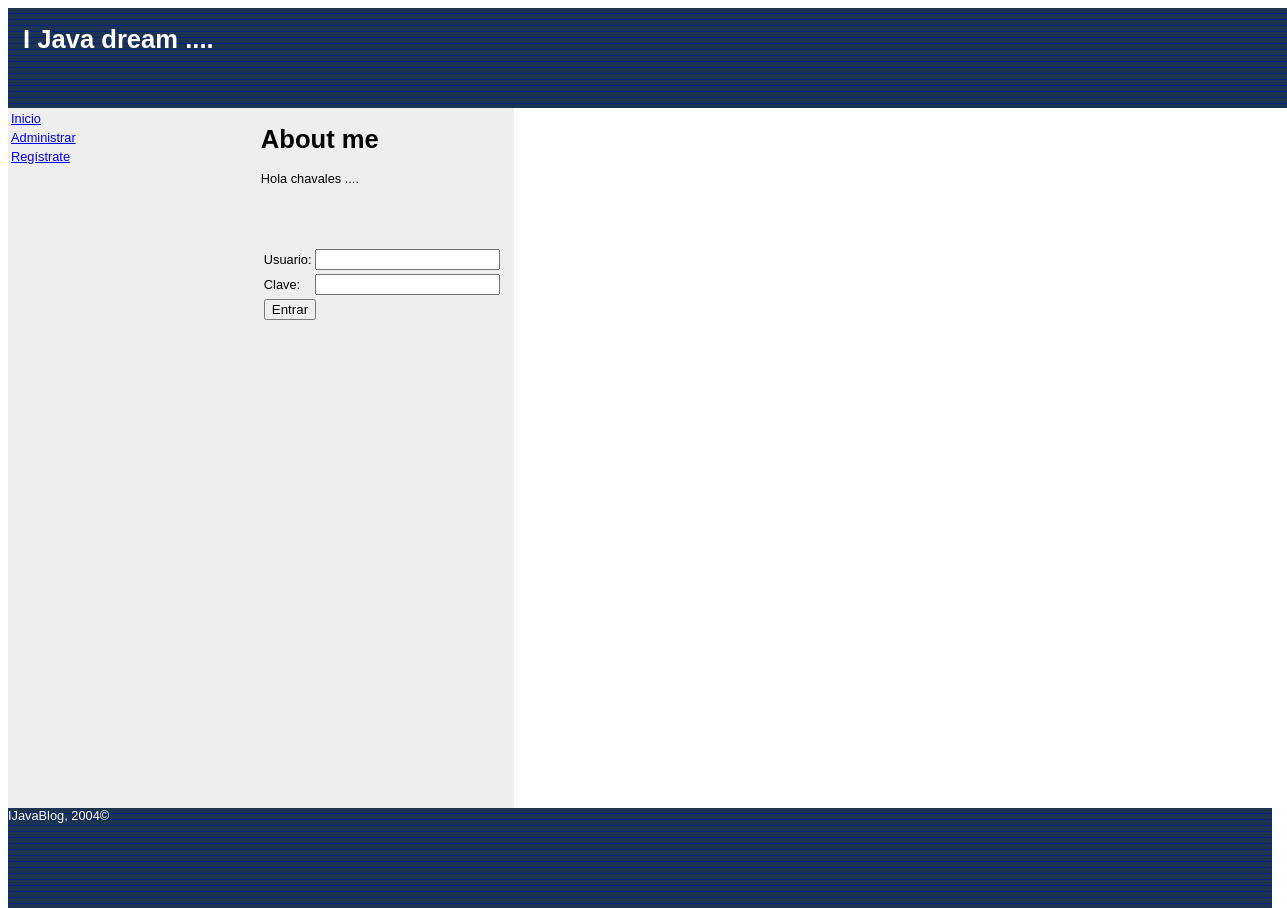
Repository: alruis/IJavaDreamBlog
Page: http://localhost/IJavaBlog/jsp/blog/index.jsp
An editor plug-in stored every save of this project. The page is shown before and after the next save, followed by the edit.
The browser window is 1280 px wide. The page is 1287 px wide, so the pictures cover 1287 px, including what lies to the right of the window. The pictures show the whole page.
The page is served by Tomcat 9. Nobody is signed in. The application's start-up code is not run. The template is opened directly, without the code that normally fills it, so the values that code supplies are empty.

Above is the page before, as saved 2014-09-26 14:10:55.

After the next save:
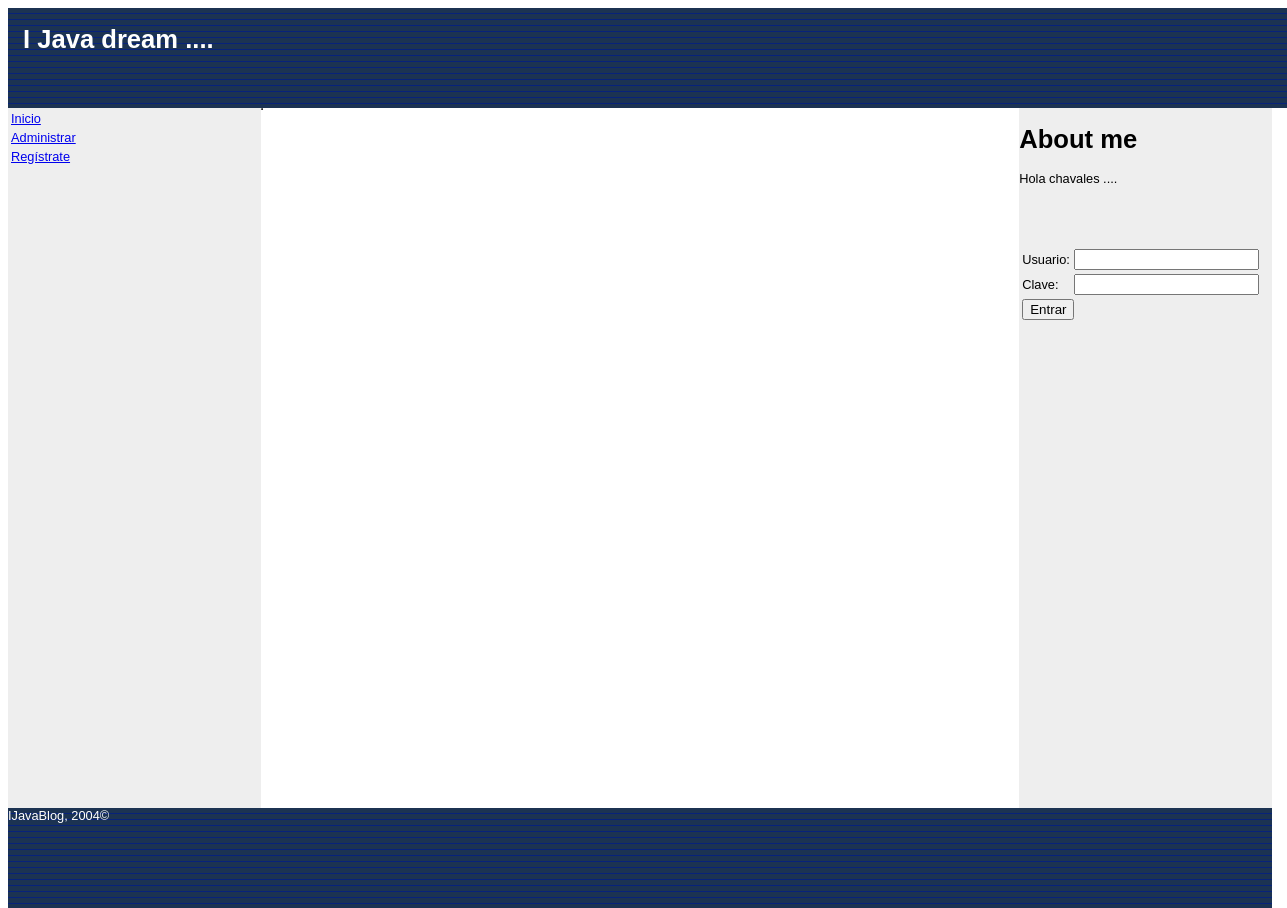
Saved 11 s later.
--- a/IJavaBlog/WebContent/jsp/blog/index.jsp
+++ b/IJavaBlog/WebContent/jsp/blog/index.jsp
@@ -29,7 +29,7 @@
 		</div>
 
 	<div id="articulos" >
-		<table id="tablaEntradas" border="0">
+		<table id="tablaEntradas" border="1">
 				<tbody id="tbodyEntradas" >
 					<%
 					// Obteniendo personas que son enviadas desde el Controlador

After the 2 saves that followed:
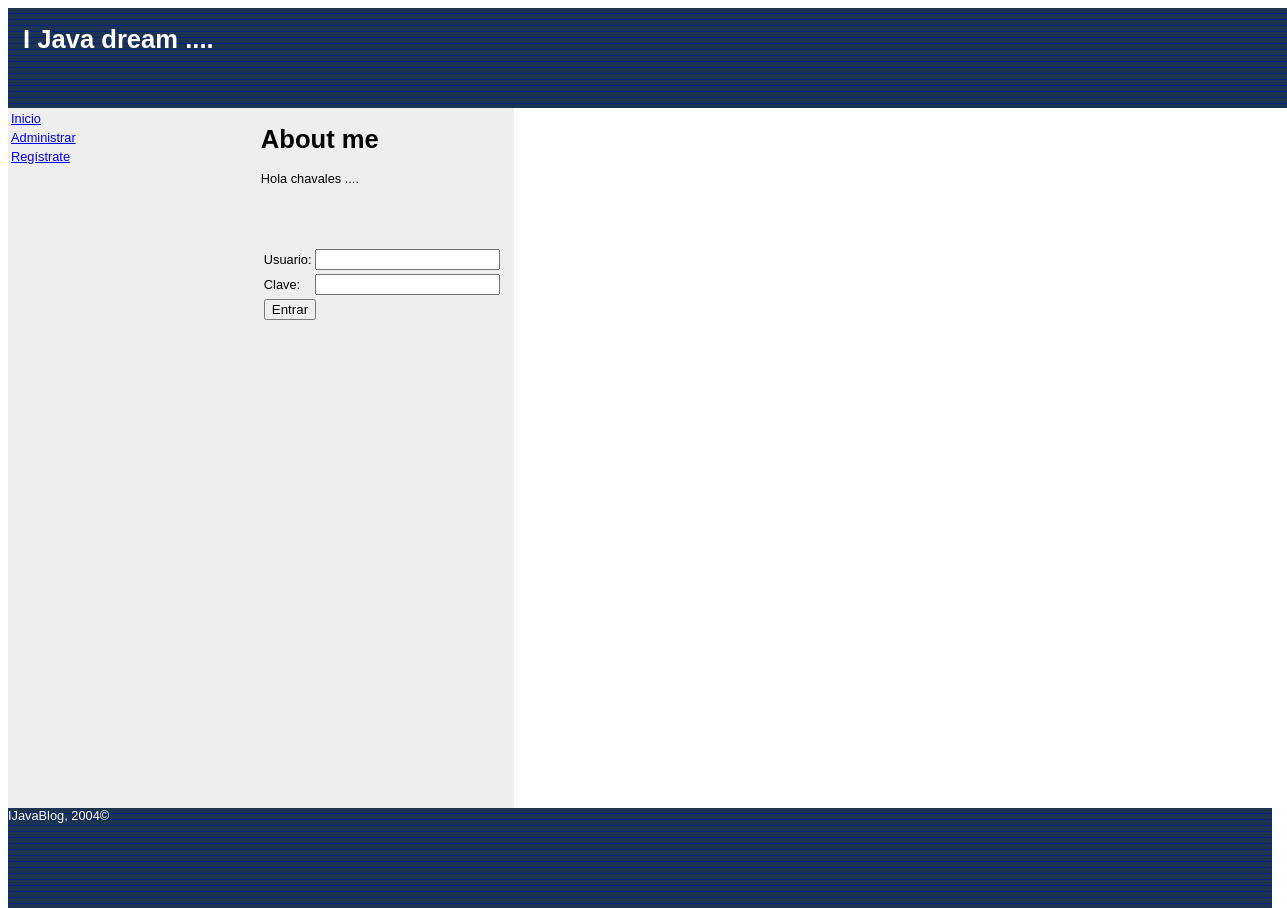
The 2 saves are shown as one change because 1 left the picture as it was.
The last was saved 77 s later.
--- a/IJavaBlog/WebContent/jsp/blog/index.jsp
+++ b/IJavaBlog/WebContent/jsp/blog/index.jsp
@@ -29,7 +29,7 @@
 		</div>
 
 	<div id="articulos" >
-		<table id="tablaEntradas" border="1">
+		<table id="tablaEntradas" border="0">
 				<tbody id="tbodyEntradas" >
 					<%
 					// Obteniendo personas que son enviadas desde el Controlador
@@ -45,7 +45,7 @@
 								<td><%= ent.getCabeceraEntrada() %></td>
 								<td>Creada por el usuario: <%= ent.getIdusuario() %></td>
 							</tr>
-							<tr ><td  colspan="3"><hr></td></tr>
+
 							<tr><td class="entradas" colspan="3"><%= ent.getEntrada() %>  </td></tr>
 							<tr style="border: thin;" >
 								<td><%= ent.getFechacreacion() %></td>
@@ -81,7 +81,7 @@
 
 							</div>
 							</td></tr>
-							<tr ><td  colspan="3"><hr></td></tr>
+
 					<%
 						}
 					}
